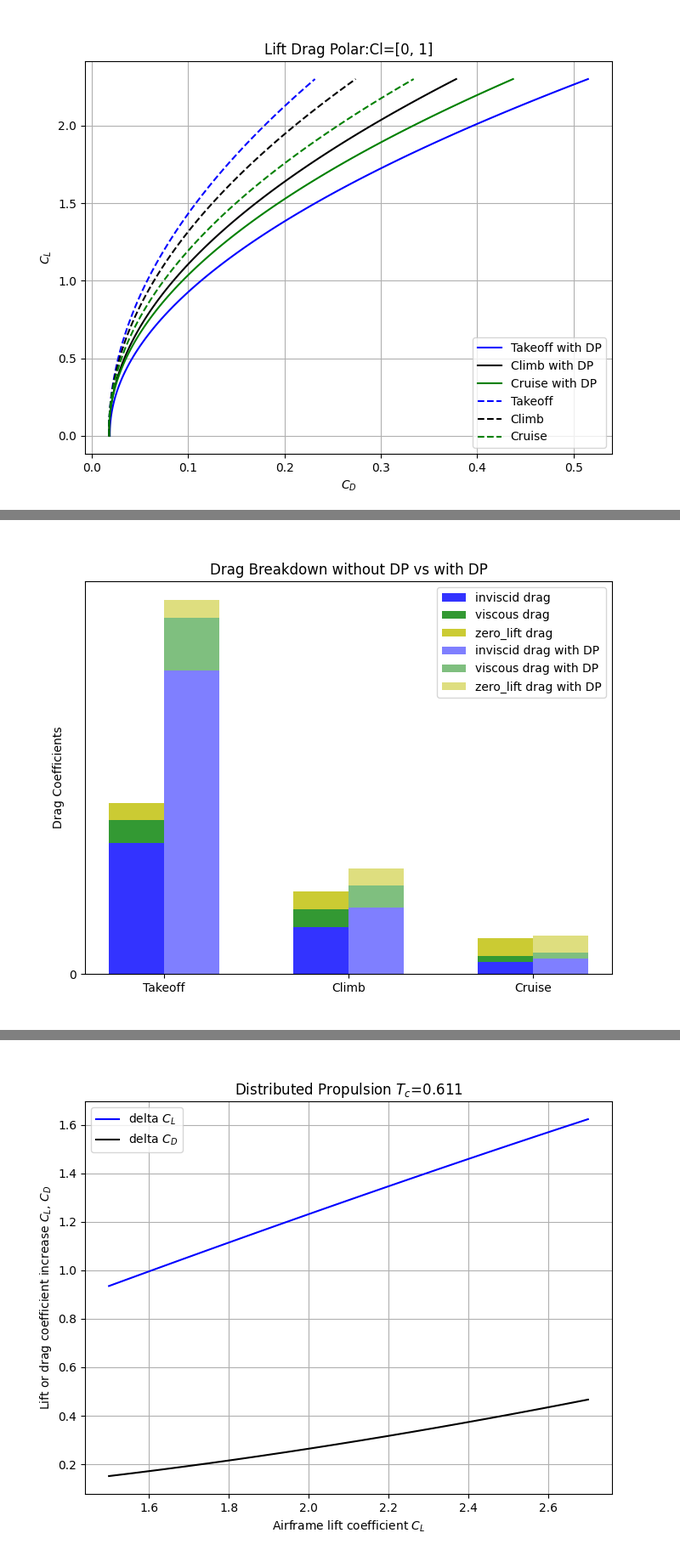
Repository: 12libao/DEA
Script's output: python Sizing_Method/Aerodynamics/Aeropropulsive_Interaction_Model.py
These files come from the project's save history. The script's output is drawn as it stood at one moment and after the next save; the edit follows.
The pictures are shown at 85% of full size.
Each picture stacks the figures in order, with grey between them; figures that are only written to a file come last. Random numbers start from a fixed seed.

Above is the script's output before, as saved 2021-07-14 15:15:56.

After the next save:
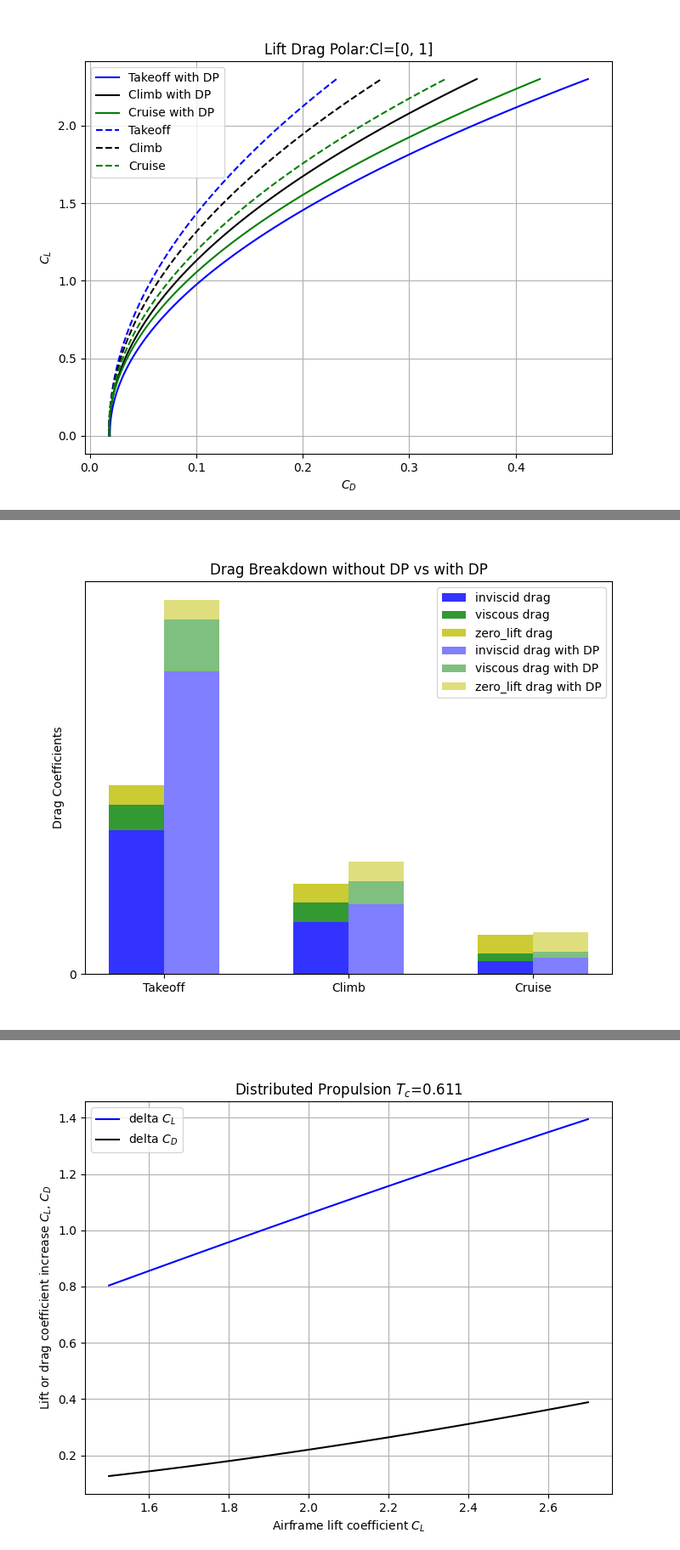
Saved 13 min 11 s later.
--- a/Sizing_Method/Aerodynamics/Aeropropulsive_Interaction_Model.py
+++ b/Sizing_Method/Aerodynamics/Aeropropulsive_Interaction_Model.py
@@ -46,7 +46,7 @@
     """Estimation of ΔCL and ΔCD"""
 
     def __init__(self, altitude, velocity, Hp, n, P_W, W_S, sweep_angle=25.0,
-                 S=124.0, b=35.8, delta_b=0.5, delta_Dp=0.1, xp=0.5, beta=0.8, AOA_p=0.0, Cf=0.009):
+                 S=124.0, b=35.8, delta_b=0.5, delta_Dp=0.1, xp=0.5, beta=0.7, AOA_p=0.0, Cf=0.009):
         """
 
         :param Hp: P_motor/P_total

After the save that followed:
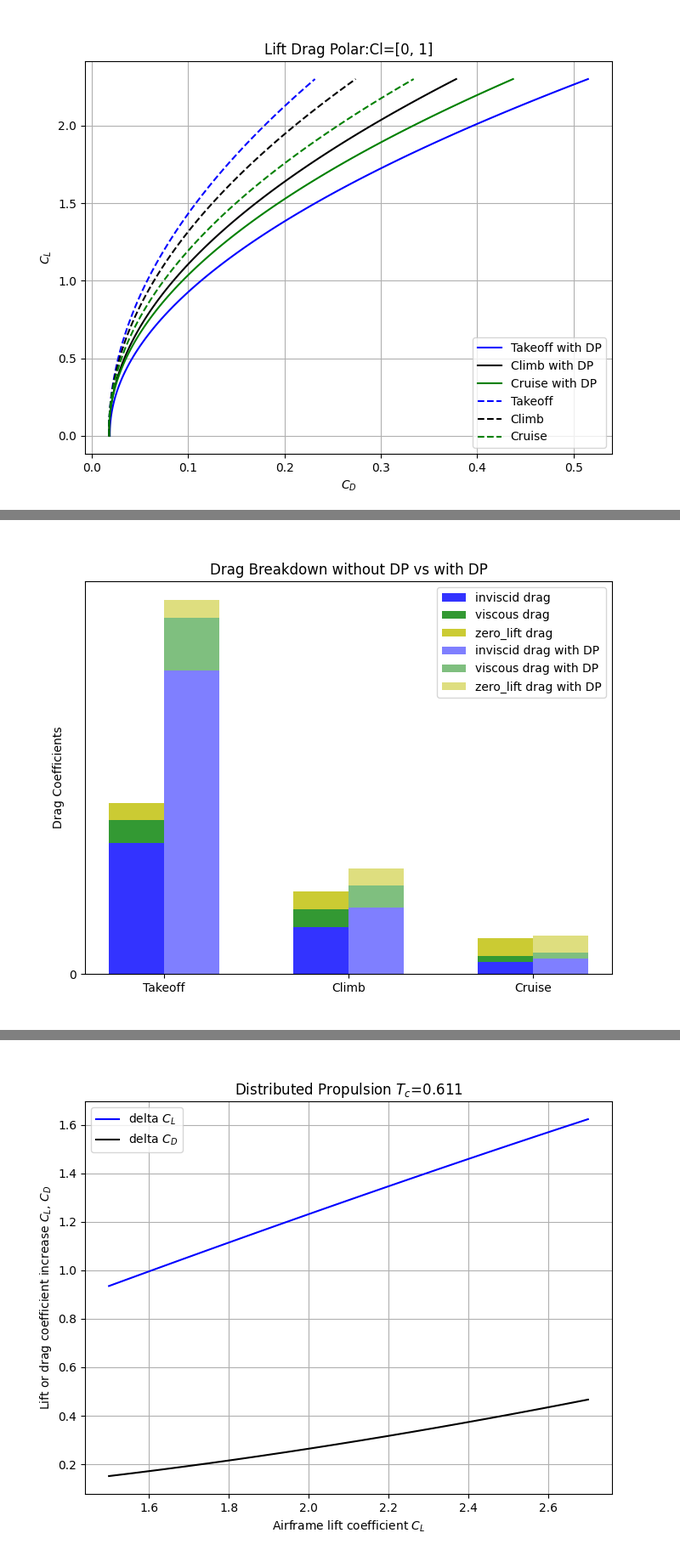
Saved 87 s later.
--- a/Sizing_Method/Aerodynamics/Aeropropulsive_Interaction_Model.py
+++ b/Sizing_Method/Aerodynamics/Aeropropulsive_Interaction_Model.py
@@ -46,7 +46,7 @@
     """Estimation of ΔCL and ΔCD"""
 
     def __init__(self, altitude, velocity, Hp, n, P_W, W_S, sweep_angle=25.0,
-                 S=124.0, b=35.8, delta_b=0.5, delta_Dp=0.1, xp=0.5, beta=0.7, AOA_p=0.0, Cf=0.009):
+                 S=124.0, b=35.8, delta_b=0.5, delta_Dp=0.1, xp=0.5, beta=0.8, AOA_p=0.0, Cf=0.009):
         """
 
         :param Hp: P_motor/P_total
